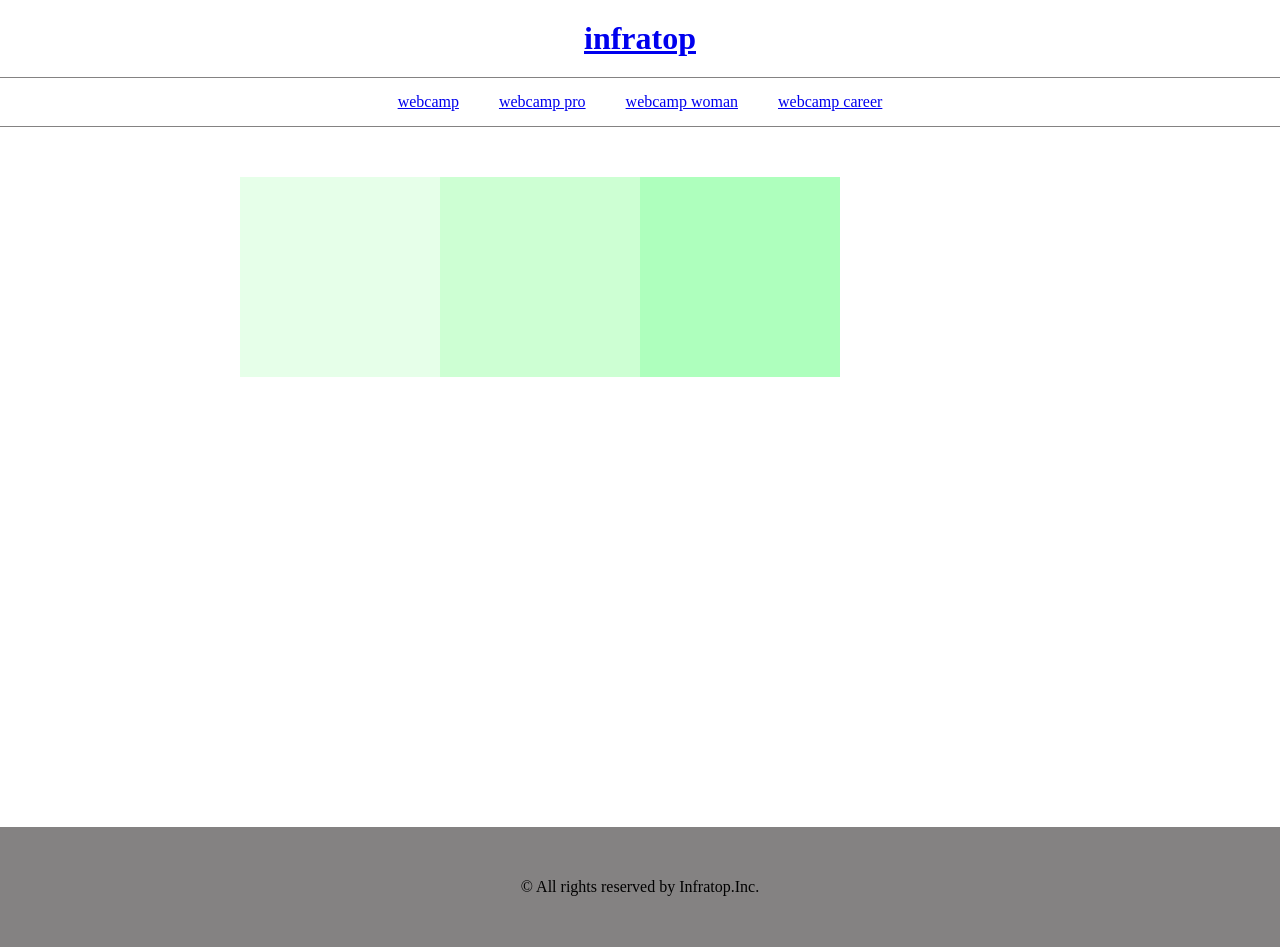
Repository: Yuya0829/HTML
Page: exercise/exercise5.html
The author's editor kept a record of every edit. The page is drawn from the files as they stood at one moment, then again after the next edit.
The browser window is 1280 px wide. The pictures show the whole page.

Above is the page before.

After the next edit:
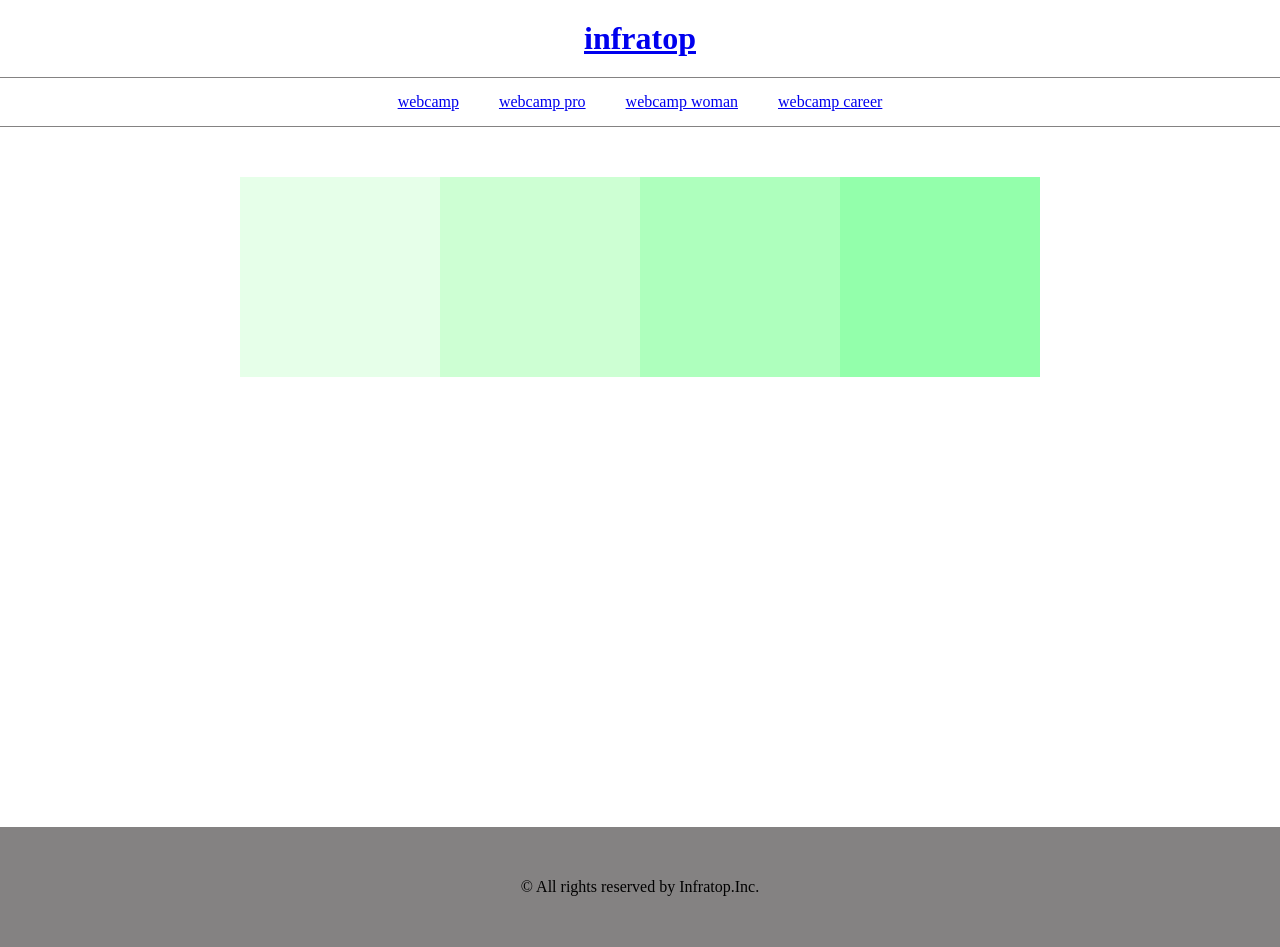
The edit:
--- a/exercise/exercise5.css
+++ b/exercise/exercise5.css
@@ -53,7 +53,7 @@
 .box4 {
   width: 200px;
   height: 200px;
-  background-color: #;
+  background-color: #93ffab;
 }
 
 .box5 {
